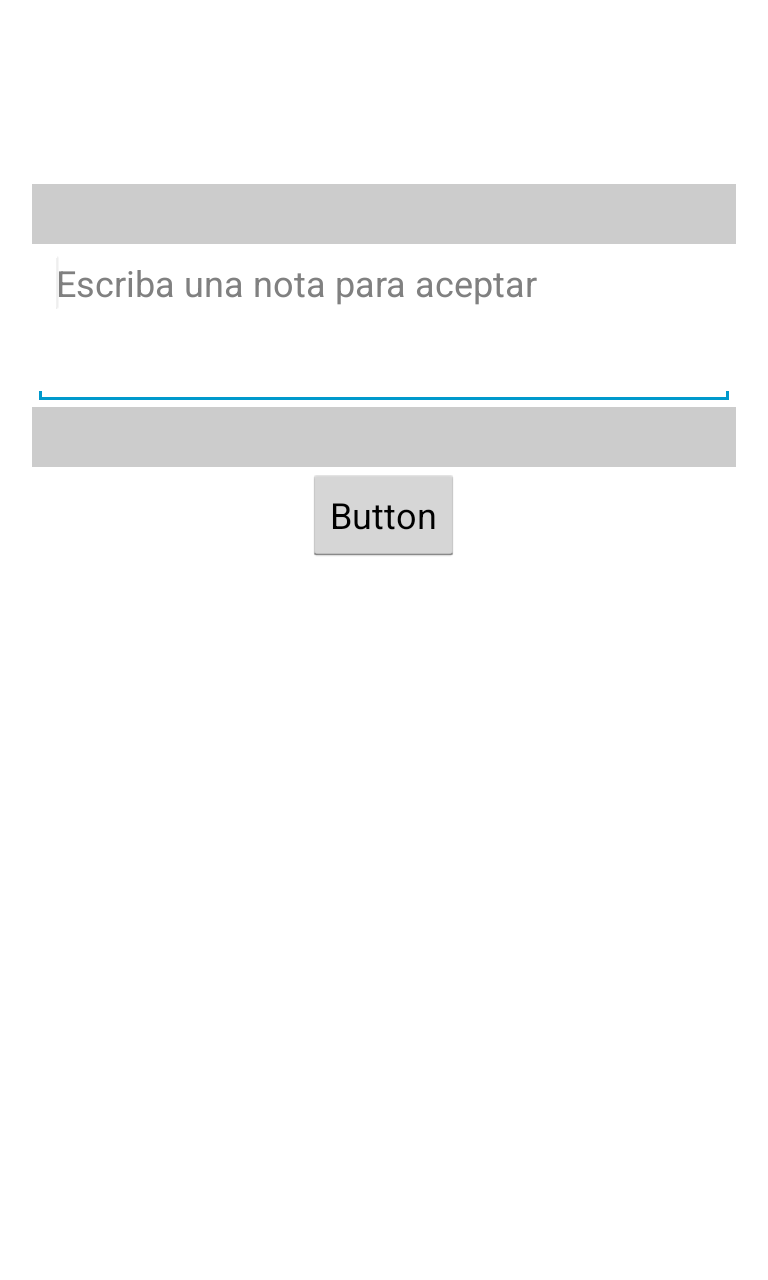
Repository: G3rcar/Android-I
Layout: Clase04Mantenimiento/res/layout/activity_result.xml
The author's editor kept a copy of each file at every save. The layout is drawn from the files as they stood at one save, then again after the next save.
It is drawn on a 768 x 1280 px phone screen (xhdpi) without system bars, with theme AppTheme; the app's code is not run.

Above is the layout before, as saved 2013-10-30 13:33:03.

After the next save:
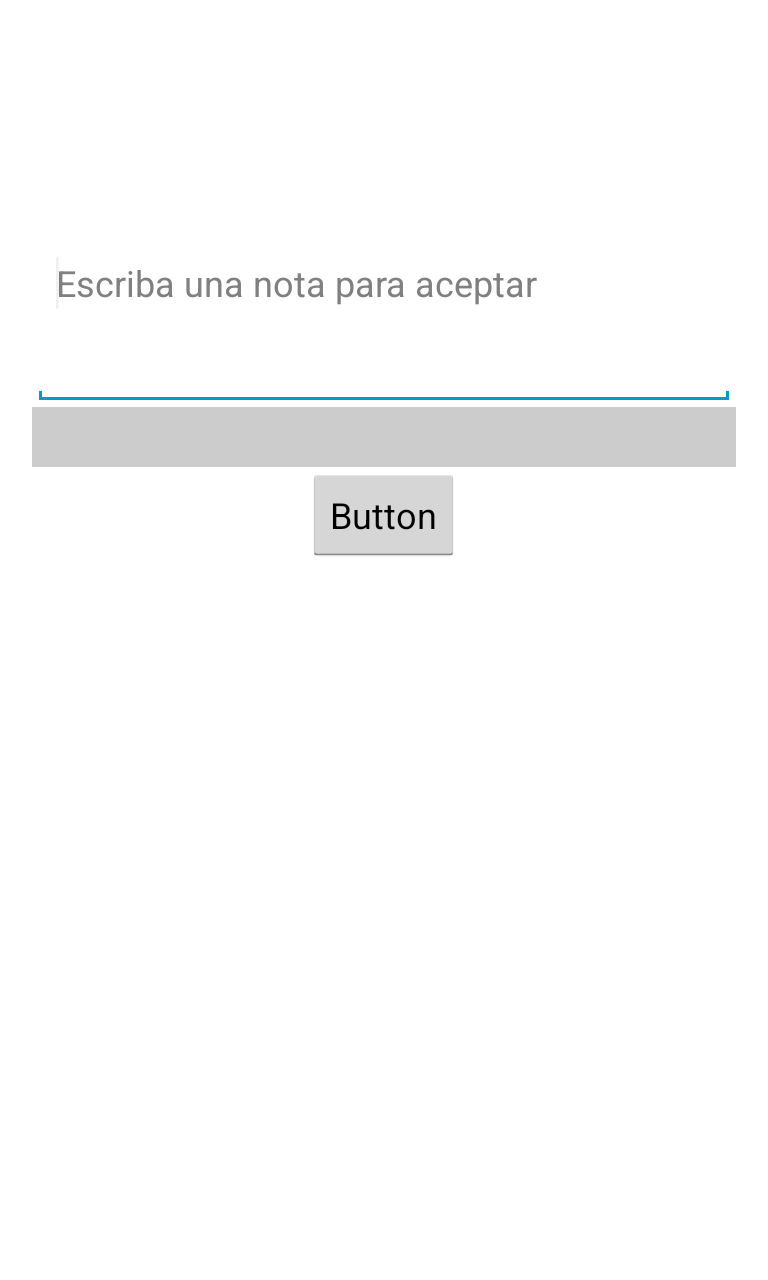
Saved 11 s later.
--- a/Clase04Mantenimiento/res/layout/activity_result.xml
+++ b/Clase04Mantenimiento/res/layout/activity_result.xml
@@ -44,7 +44,7 @@
     <View
         android:layout_width="wrap_content"
         android:layout_height="30dp"
-        android:background="#33000000"
+        android:background="#00000000"
         />
 
     <EditText
